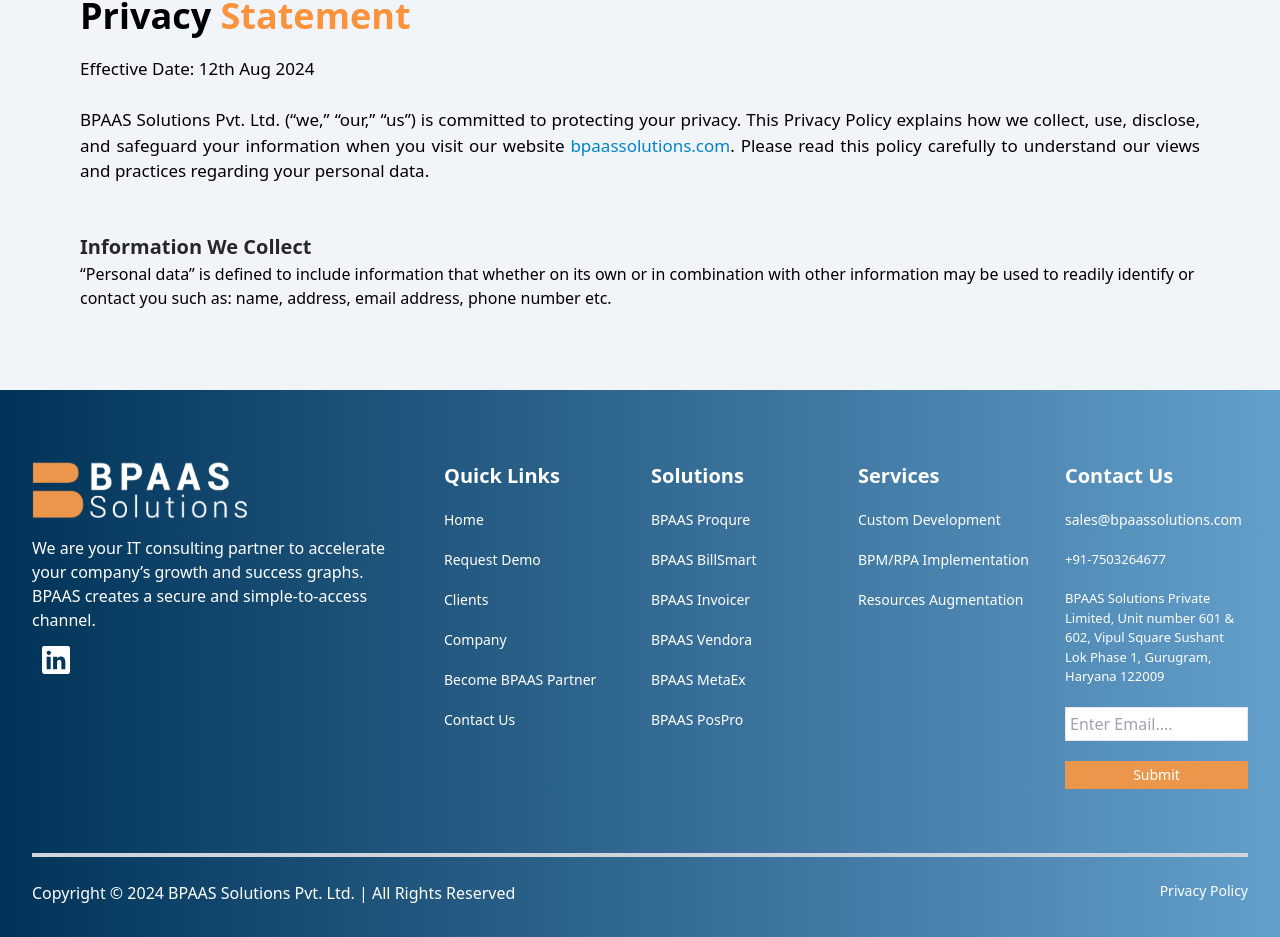
Repository: captainalpha/BP-Website
Page: /services/bp-services
The author's editor kept a copy of each file at every save. The page is drawn from the files as they stood at one save, then again after the next save.
The browser window is 1280 px wide. The pictures show the part of the page from y = 740 to 1692 px (the page is 1677 px tall before and 1692 px after).
The project was rebuilt for these pictures with package versions that can differ from the ones it lists, and the page was loaded fresh each time. The framework's server and built-in components were replaced by stand-ins that run in the browser. Also part of the build but not shown: next.config.js, components/common/TopBanner.js, components/common/SectionHeader.js.

Above is the page before, as saved 2024-08-13 15:23:33.

After the next save:
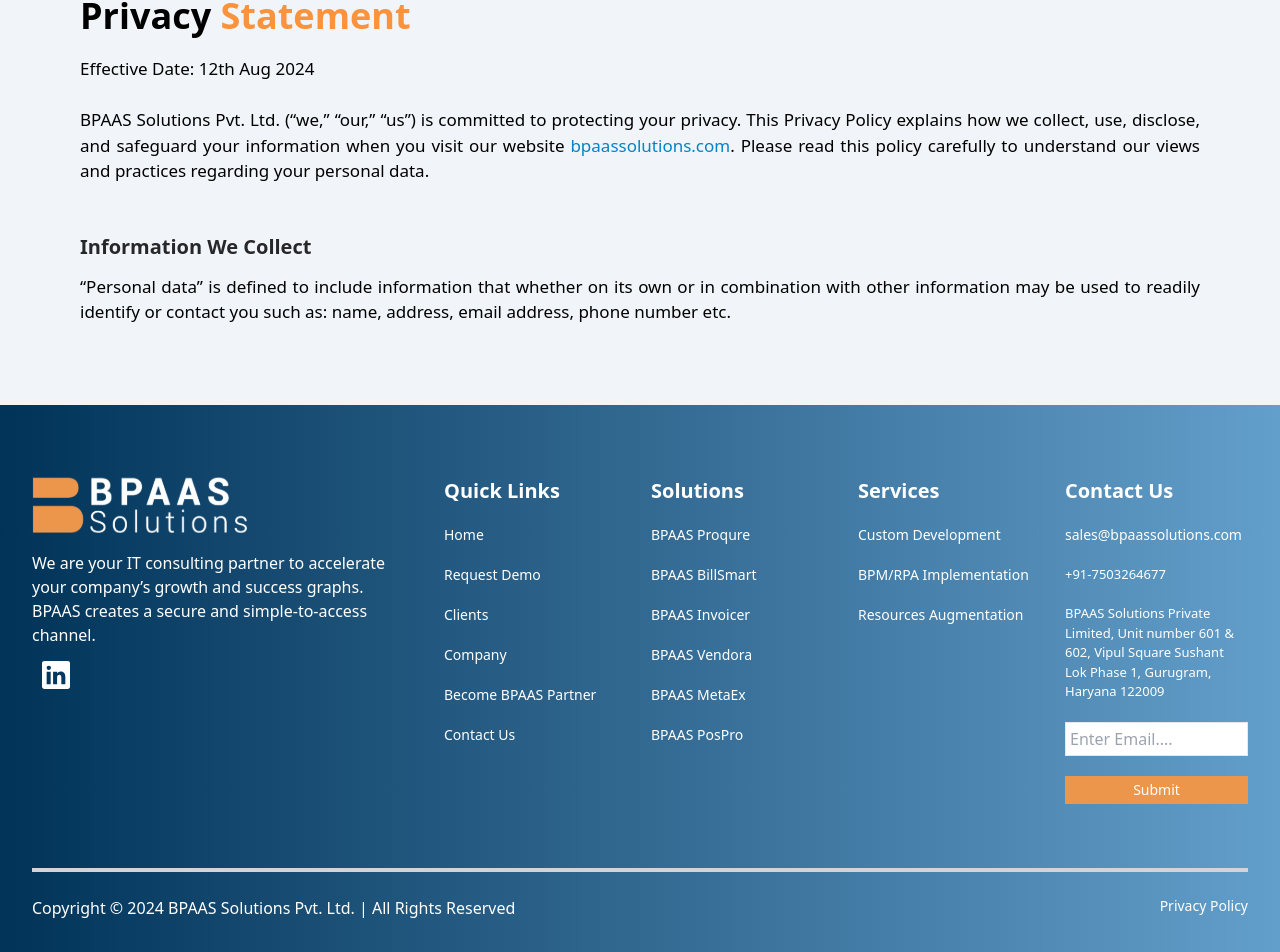
Saved 18 s later.
--- a/pages/services/bp-services.js
+++ b/pages/services/bp-services.js
@@ -52,7 +52,7 @@
           </div>
           <div className="mt-[3em]">
             <h1 className="text-[20px] font-bold text-zinc-800">Information We Collect</h1>
-            <p>
+            <p className="text-[17px] text-justify mt-3">
             &ldquo;Personal data&rdquo; is defined to include information that whether on its own or in combination with other information may be used to readily identify or contact you such as: name, address, email address, phone number etc.
             </p>
           </div>
